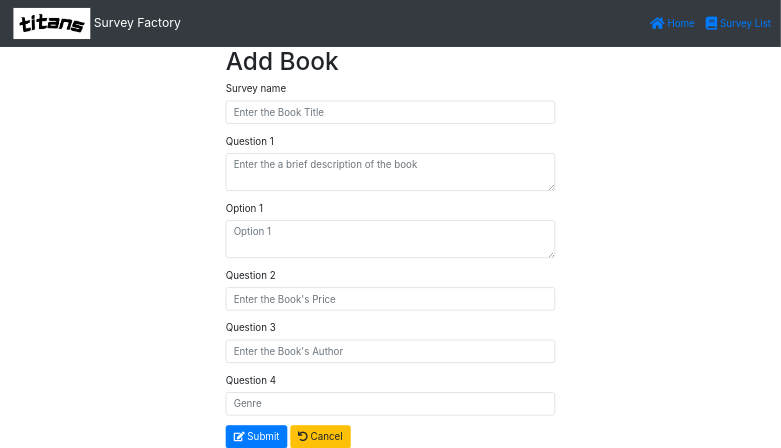
Repository: lord-NAVY/titans
Page: http://localhost/book-list/add
These files come from the project's save history. The page is drawn as it stood at one moment and after the next save; the edit follows.
The browser window is 1280 px wide. The pictures show the whole page, at 61% of full size.
The page is served by the project's Node server (server.js). Other server files are loaded and not shown.

Above is the page before, as saved 2021-11-09 21:55:31.

### server/views/book/details.ejs
<%- include ../partials/header.ejs %>

<%- include ../partials/main_nav.ejs %>

<!-- Content for the Add page -->
<div class="container">
    <div class="row">
        <div class="offset-md-3 col-md-6">
            <h1><%= title %></h1>

            <form class="form" method="POST">
                <div class="form-group">
                    <label for="titleTextField">Survey name</label>
                    <input type="text" class="form-control"
                    id="titleTextField"
                    placeholder="Enter the Book Title"
                    name="Title" required>
                </div>

                <div class="form-group">
                    <label for="descriptionTextArea">Question 1</label>
                    <textarea type="text" class="form-control"
                    id="descriptionTextArea"
                    placeholder="Enter the a brief description of the book"
                    name="Description" required></textarea>
                </div>

                 <div class="form-group">
                    <label for="OptionTextArea">Option 1</label>
                    <textarea type="text" class="form-control"
                    id="OptionTextArea"
                    placeholder="Option 1"
                    name="Option1" required></textarea>
                </div>

                <div class="form-group">
                    <label for="priceTextField">Question 2</label>
                    <input type="text" class="form-control"
                    id="priceTextField"
                    placeholder="Enter the Book's Price"
                    name="Price" required>
                </div>

                <div class="form-group">
                    <label for="authorTextField">Question 3</label>
                    <input type="text" class="form-control"
                    id="authorTextField"
                    placeholder="Enter the Book's Author"
                    name="Author" required>
                </div>

                <div class="form-group">
                    <label for="genreTextField">Question 4</label>
                    <input type="text" class="form-control"
                    id="genreTextField"
                    placeholder="Genre"
                    name="Genre" required>
                </div>

                <button class="btn btn-primary" type="submit">
                    <i class="fas fa-edit"></i> Submit</button>

                    <a href="/book-list" class="btn btn-warning">
                        <i class="fas fa-undo"></i> Cancel</a>

            </form>
        </div>

    </div>
</div>





<%- include ../partials/footer.ejs %>

### server/views/partials/main_nav.ejs
<!-- Main Navigation -->
  <nav class="navbar navbar-expand-lg navbar-dark bg-dark">
      <a class="navbar-brand" href="/"><i class="fa fa-bookmark-o"></i> <img src="assets/images/logo.png" width="20%"> Survey Factory</a>
    <button class="navbar-toggler" type="button" data-toggle="collapse" data-target="#navbarSupportedContent" aria-controls="navbarSupportedContent" aria-expanded="false" aria-label="Toggle navigation">
      <span class="navbar-toggler-icon"></span>
    </button>

    <div class="collapse navbar-collapse" id="navbarSupportedContent">
      <ul class="navbar-nav ml-auto">

           <% if(title == "Home") { %>
          <li class="active"><a href="/"><i class="fa fa-home fa-lg"></i> Home   &nbsp; &nbsp; </a></li>
        <% } else { %>
          <li><a href="/"><i class="fa fa-home fa-lg"></i> Home &nbsp; &nbsp;   </a></li>
        <% } %>

          <% if(title == "books") { %>
          <li class="active"><a href="/books"><i class="fa fa-book fa-lg">
          </i>    Survey List</a></li>
          <% } else { %>
            <li><a href="/book-list"><i class="fa fa-book fa-lg">
            </i>   Survey List</a></li>
          <% } %>
</ul>
    </div>
  </nav>

### server.js
#!/usr/bin/env node

/* server.js
Students's name: Arshpreet Singh
StudentID: 301174738
Date: 31 October, 2021
*/

/**
 * Module dependencies.
 */

var app = require('./server/config/app');
var debug = require('debug')('week-4:server');
var http = require('http');

/**
 * Get port from environment and store in Express.
 */

var port = normalizePort(process.env.PORT || '3000');
app.set('port', port);

/**
 * Create HTTP server.
 */

var server = http.createServer(app);

/**
 * Listen on provided port, on all network interfaces.
 */

server.listen(port);
server.on('error', onError);
server.on('listening', onListening);

/**
 * Normalize a port into a number, string, or false.
 */

function normalizePort(val) {
  var port = parseInt(val, 10);

  if (isNaN(port)) {
    // named pipe
    return val;
  }

  if (port >= 0) {
    // port number
    return port;
  }

  return false;
}

/**
 * Event listener for HTTP server "error" event.
 */

function onError(error) {
  if (error.syscall !== 'listen') {
    throw error;
  }

  var bind = typeof port === 'string'
    ? 'Pipe ' + port
    : 'Port ' + port;

  // handle specific listen errors with friendly messages
  switch (error.code) {
    case 'EACCES':
      console.error(bind + ' requires elevated privileges');
      process.exit(1);
      break;
    case 'EADDRINUSE':
      console.error(bind + ' is already in use');
      process.exit(1);
      break;
    default:
      throw error;
  }
}

/**
 * Event listener for HTTP server "listening" event.
 */

function onListening() {
  var addr = server.address();
  var bind = typeof addr === 'string'
    ? 'pipe ' + addr
    : 'port ' + addr.port;
  debug('Listening on ' + bind);
}

### server/controllers/book.js
/* book.js
Students's name: Arshpreet Singh
StudentID: 301174738
Date: 31 October, 2021
Web app name: COMP229-F2021-MidTerm-301174738
*/

let express = require('express');
let router = express.Router();
let mongoose = require('mongoose');

// create a reference to the model
let Book = require('../models/book');

module.exports.displayBookList = (req, res, next) => {
    Book.find((err, bookList) => {
        if(err)
        {
            return console.error(err);
        }
        else
        {
            //console.log(BookList);

            res.render('book/index', {title: 'Books', BookList: bookList});
        }
    });
}

module.exports.displayAddPage = (req, res, next) => {
    res.render('book/details', {title: 'Add Book'})
}

module.exports.processAddPage = (req, res, next) => {
    let newBook = Book({
        "Title": req.body.Title,
        "Author": req.body.Author,
        "Genre": req.body.Genre,
        "Description": req.body.Description,
        "Price": req.body.Price,
        "Option1a": req.body.Option1a,
        "Option2a": req.body.Option2a,
        "Option3a": req.body.Option3a,
        "Option4a": req.body.Option4a,

        "Option1b": req.body.Option1b,
        "Option2b": req.body.Option2b,
        "Option3b": req.body.Option3b,
        "Option4b": req.body.Option4b,

        "Option1c": req.body.Option1c,
        "Option2c": req.body.Option2c,
        "Option3c": req.body.Option3c,
        "Option4c": req.body.Option4c,

        "Option1d": req.body.Option1d,
        "Option2d": req.body.Option2d,
        "Option3d": req.body.Option3d,
        "Option4d": req.body.Option4d,
    });

    Book.create(newBook, (err, Book) =>{
        if(err)
        {
            console.log(err);
            res.end(err);
        }
        else
        {
            // refresh the book list
            res.redirect('/book-list');
        }
    });

}

module.exports.displayEditPage = (req, res, next) => {
    let id = req.params.id;

    Book.findById(id, (err, bookToEdit) => {
        if(err)
        {
            console.log(err);
            res.end(err);
        }
        else
        {
            //show the edit view
            res.render('book/edit', {title: 'Edit Book', book: bookToEdit})
        }
    });
}

module.exports.processEditPage = (req, res, next) => {
    let id = req.params.id

    let updatedBook = Book({
        "_id": id,
        "Title": req.body.Title,
        "Author": req.body.Author,
        "Genre": req.body.Genre,
        "Description": req.body.Description,
        "Price": req.body.Price,
        "Option1a": req.body.Option1a,
        "Option2a": req.body.Option2a,
        "Option3a": req.body.Option3a,
        "Option4a": req.body.Option4a,

        "Option1b": req.body.Option1b,
        "Option2b": req.body.Option2b,
        "Option3b": req.body.Option3b,
        "Option4b": req.body.Option4b,

        "Option1c": req.body.Option1c,
        "Option2c": req.body.Option2c,
        "Option3c": req.body.Option3c,
        "Option4c": req.body.Option4c,

        "Option1d": req.body.Option1d,
        "Option2d": req.body.Option2d,
        "Option3d": req.body.Option3d,
        "Option4d": req.body.Option4d,
    });

    Book.updateOne({_id: id}, updatedBook, (err) => {
        if(err)
        {
            console.log(err);
            res.end(err);
        }
        else
        {
            // refresh the book list
            res.redirect('/book-list');
        }
    });
}

module.exports.performDelete = (req, res, next) => {
    let id = req.params.id;

    Book.remove({_id: id}, (err) => {
        if(err)
        {
            console.log(err);
            res.end(err);
        }
        else
        {
             // refresh the book list
             res.redirect('/book-list');
        }
    });
}

### public/Content/app.css
/* app.css
Students's name: Arshpreet Singh
StudentID: 301174738
Date: 31 October, 2021
Web app name: COMP229-F2021-MidTerm-301174738
*/

/* custom css goes here */

### public/Scripts/app.js
/* app.js
Students's name: Arshpreet Singh
StudentID: 301174738
Date: 31 October, 2021
Web app name: COMP229-F2021-MidTerm-301174738
*/

// IIFE -- Immediately Invoked Function Expression
(function(){

    function Start()
    {
        console.log("App Started...");

        let deleteButtons = document.querySelectorAll('.btn-danger');

        for(button of deleteButtons)
        {
            button.addEventListener('click', (event)=>{
                if(!confirm("Are you sure?"))
                {
                    event.preventDefault();
                    window.location.assign('/book-list');
                }
            });
        }
    }

    window.addEventListener("load", Start);

})();

Loaded but not shown: server/views/partials/header.ejs (common file); server/views/partials/footer.ejs (common file)

After the next save:
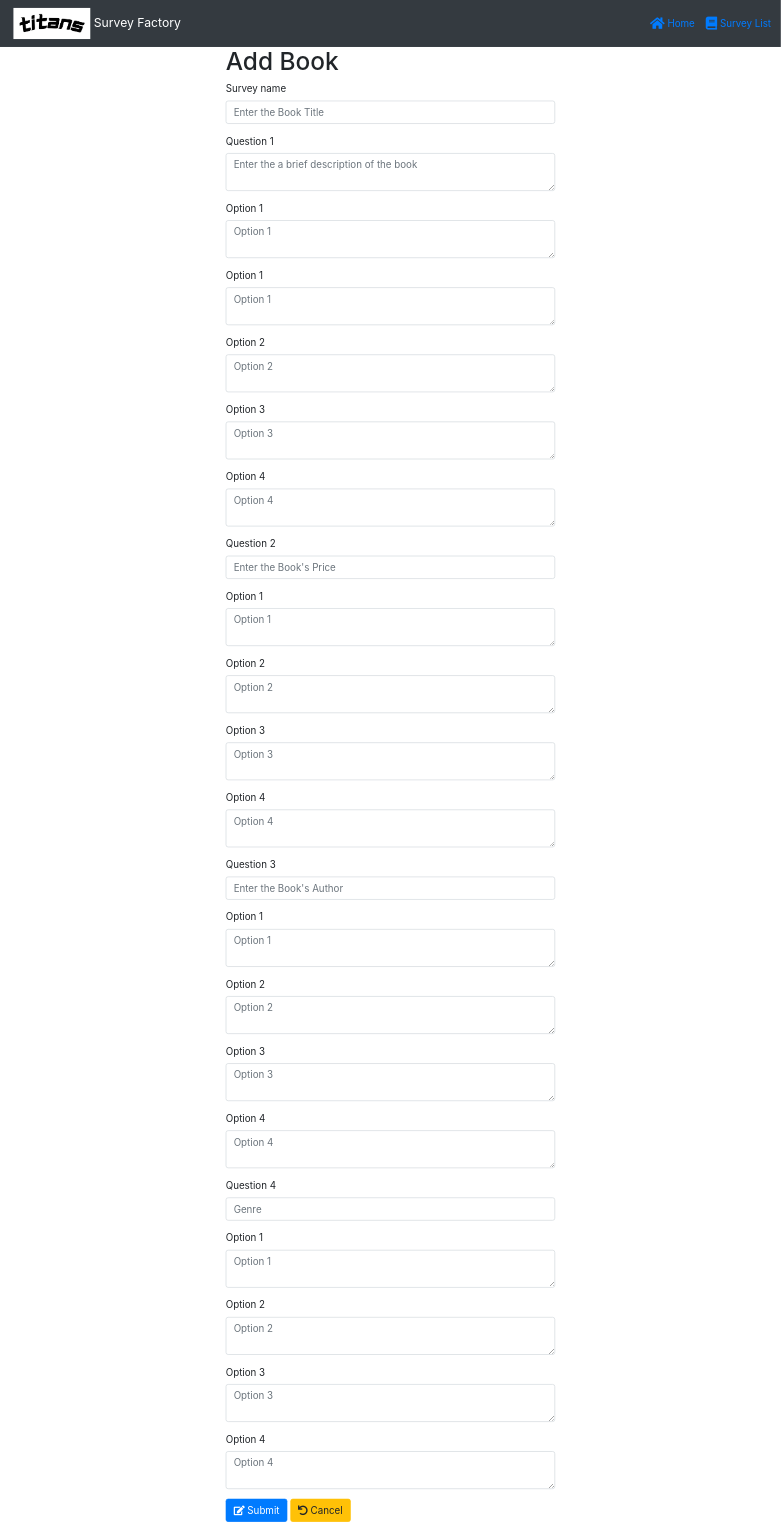
Saved 105 s later.
--- a/server/views/book/details.ejs
+++ b/server/views/book/details.ejs
@@ -33,6 +33,37 @@
                     name="Option1" required></textarea>
                 </div>
 
+                 <!--Options for question 1-->
+                 <div class="form-group">
+                    <label for="Option1aTextArea">Option 1</label>
+                    <textarea type="text" class="form-control"
+                    id="Option1aTextArea"
+                    placeholder="Option 1"
+                    name="Option1a" required></textarea>
+                </div>
+                  <div class="form-group">
+                    <label for="Option2aTextArea">Option 2</label>
+                    <textarea type="text" class="form-control"
+                    id="Option2aTextArea"
+                    placeholder="Option 2"
+                    name="Option2a" required></textarea>
+                </div>
+                  <div class="form-group">
+                    <label for="Option3aTextArea">Option 3</label>
+                    <textarea type="text" class="form-control"
+                    id="Option3aTextArea"
+                    placeholder="Option 3"
+                    name="Option3a" required></textarea>
+                </div>
+                  <div class="form-group">
+                    <label for="Option4aTextArea">Option 4</label>
+                    <textarea type="text" class="form-control"
+                    id="Option4aTextArea"
+                    placeholder="Option 4"
+                    name="Option4a" required></textarea>
+                </div>
+                <!--Options for question1 1 end-->
+
                 <div class="form-group">
                     <label for="priceTextField">Question 2</label>
                     <input type="text" class="form-control"
@@ -41,6 +72,37 @@
                     name="Price" required>
                 </div>
 
+                 <!--Options for question 2-->
+                 <div class="form-group">
+                    <label for="Option1bTextArea">Option 1</label>
+                    <textarea type="text" class="form-control"
+                    id="Option1bTextArea"
+                    placeholder="Option 1"
+                    name="Option1b" required></textarea>
+                </div>
+                  <div class="form-group">
+                    <label for="Option2bTextArea">Option 2</label>
+                    <textarea type="text" class="form-control"
+                    id="Option2bTextArea"
+                    placeholder="Option 2"
+                    name="Option2b" required></textarea>
+                </div>
+                  <div class="form-group">
+                    <label for="Option3bTextArea">Option 3</label>
+                    <textarea type="text" class="form-control"
+                    id="Option3bTextArea"
+                    placeholder="Option 3"
+                    name="Option3b" required></textarea>
+                </div>
+                  <div class="form-group">
+                    <label for="Option4bTextArea">Option 4</label>
+                    <textarea type="text" class="form-control"
+                    id="Option4bTextArea"
+                    placeholder="Option 4"
+                    name="Option4b" required></textarea>
+                </div>
+                <!--Options for question 2 end-->
+
                 <div class="form-group">
                     <label for="authorTextField">Question 3</label>
                     <input type="text" class="form-control"
@@ -49,6 +111,37 @@
                     name="Author" required>
                 </div>
 
+                 <!--Options for question 3-->
+                 <div class="form-group">
+                    <label for="Option1cTextArea">Option 1</label>
+                    <textarea type="text" class="form-control"
+                    id="Option1cTextArea"
+                    placeholder="Option 1"
+                    name="Option1c" required></textarea>
+                </div>
+                  <div class="form-group">
+                    <label for="Option2cTextArea">Option 2</label>
+                    <textarea type="text" class="form-control"
+                    id="Option2cTextArea"
+                    placeholder="Option 2"
+                    name="Option2c" required></textarea>
+                </div>
+                  <div class="form-group">
+                    <label for="Option3cTextArea">Option 3</label>
+                    <textarea type="text" class="form-control"
+                    id="Option3cTextArea"
+                    placeholder="Option 3"
+                    name="Option3c" required></textarea>
+                </div>
+                  <div class="form-group">
+                    <label for="Option4cTextArea">Option 4</label>
+                    <textarea type="text" class="form-control"
+                    id="Option4cTextArea"
+                    placeholder="Option 4"
+                    name="Option4c" required></textarea>
+                </div>
+                <!--Options for question 3 end-->
+
                 <div class="form-group">
                     <label for="genreTextField">Question 4</label>
                     <input type="text" class="form-control"
@@ -57,6 +150,38 @@
                     name="Genre" required>
                 </div>
 
+
+               <!--Options for question 4-->
+                 <div class="form-group">
+                    <label for="Option1dTextArea">Option 1</label>
+                    <textarea type="text" class="form-control"
+                    id="Option1dTextArea"
+                    placeholder="Option 1"
+                    name="Option1d" required></textarea>
+                </div>
+                  <div class="form-group">
+                    <label for="Option2dTextArea">Option 2</label>
+                    <textarea type="text" class="form-control"
+                    id="Option2dTextArea"
+                    placeholder="Option 2"
+                    name="Option2d" required></textarea>
+                </div>
+                  <div class="form-group">
+                    <label for="Option3dTextArea">Option 3</label>
+                    <textarea type="text" class="form-control"
+                    id="Option3dTextArea"
+                    placeholder="Option 3"
+                    name="Option3d" required></textarea>
+                </div>
+                  <div class="form-group">
+                    <label for="Option4dTextArea">Option 4</label>
+                    <textarea type="text" class="form-control"
+                    id="Option4dTextArea"
+                    placeholder="Option 4"
+                    name="Option4d" required></textarea>
+                </div>
+                <!--Options for question 4 end-->
+
                 <button class="btn btn-primary" type="submit">
                     <i class="fas fa-edit"></i> Submit</button>
 
